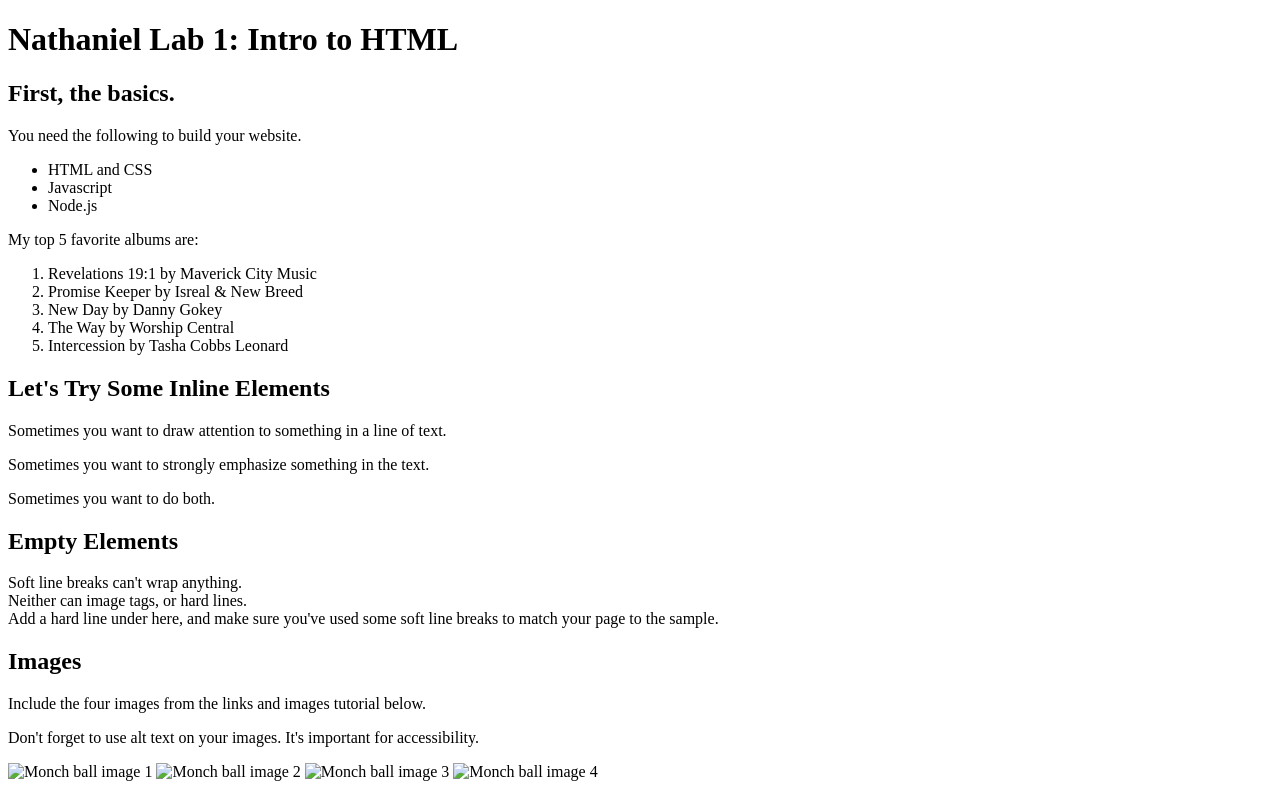
Repository: vnath22/INST377-Lab-Work
Page: client/lab_1/index.html
An editor plug-in stored every save of this project. The page is shown before and after the next save, followed by the edit.
The browser window is 1280 px wide. The pictures show the whole page.

Above is the page before, as saved 2022-01-28 12:09:21.
Not found: client/lab_1/mochi.gif
Not found: client/lab_1/mochi.jpg
Not found: client/lab_1/mochi.png

After the next save:
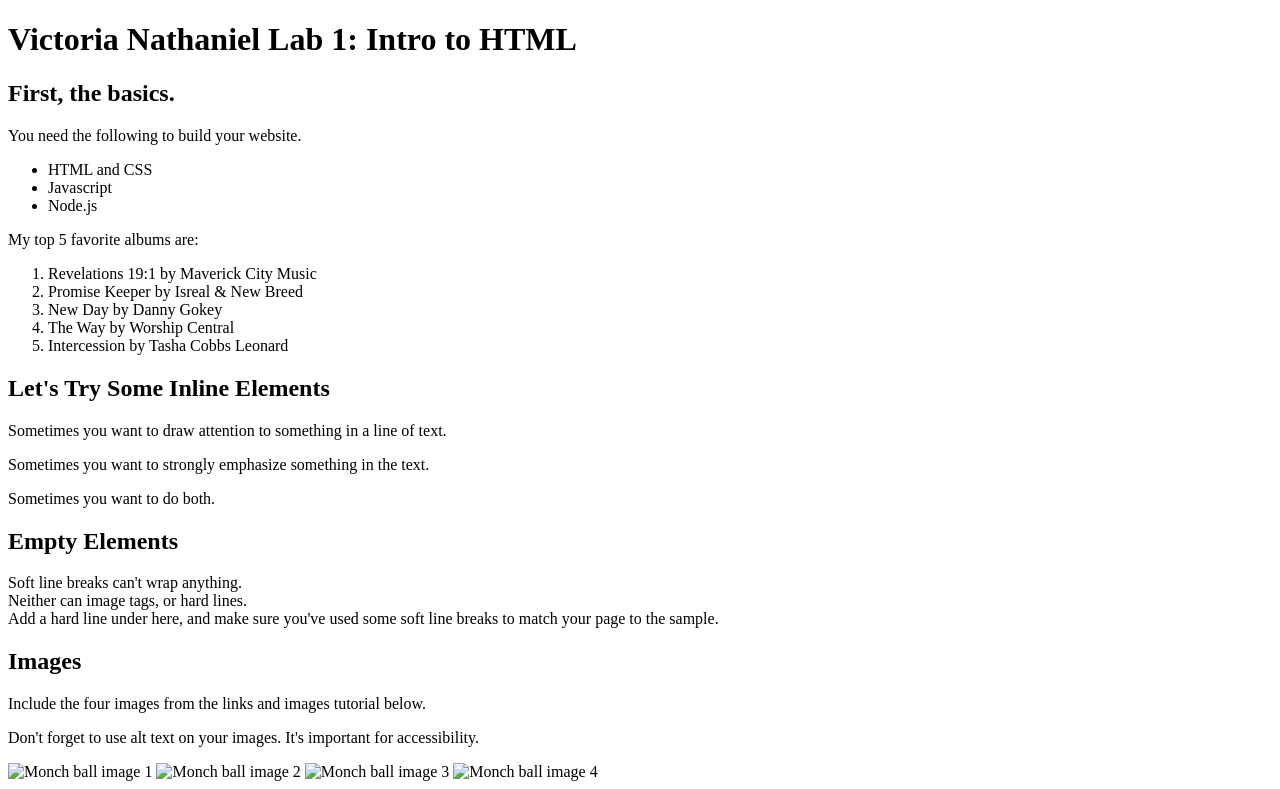
Saved 6 min 39 s later.
--- a/client/lab_1/index.html
+++ b/client/lab_1/index.html
@@ -7,7 +7,7 @@
     <title>Victoria's lab 1</title>
 </head>
 <body>
-    <h1>Nathaniel Lab 1: Intro to HTML</h1>
+    <h1> Victoria Nathaniel Lab 1: Intro to HTML</h1>
 
     <h2>First, the basics.</h2>
 
